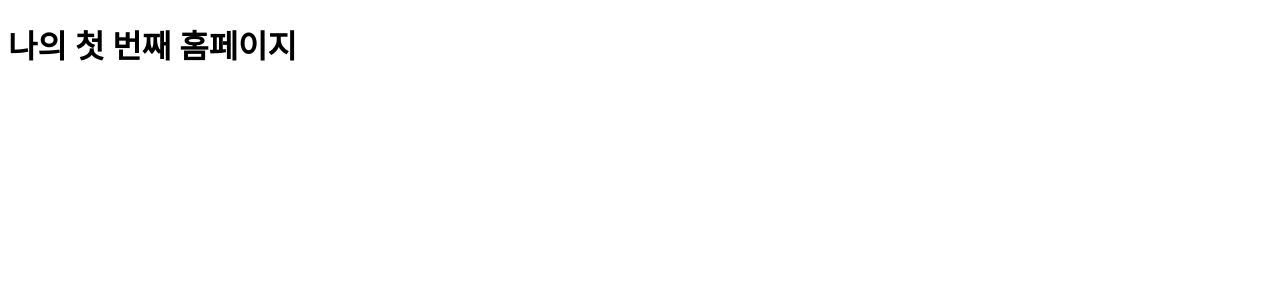
Repository: gouthiki90/web
Page: first1/src/main/webapp/index.html
The author's editor kept a copy of each file at every save. The page is drawn from the files as they stood at one save, then again after the next save.
The browser window is 1280 px wide. The pictures show the whole page.

Above is the page before, as saved 2022-02-22 03:24:16.

After the next save:
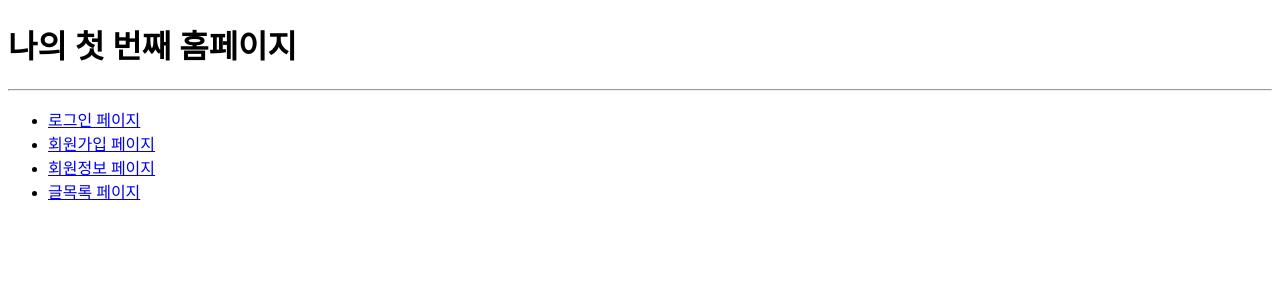
Saved 16 min 52 s later.
--- a/first1/src/main/webapp/index.html
+++ b/first1/src/main/webapp/index.html
@@ -5,6 +5,13 @@
 <title>Insert title here</title>
 </head>
 <body>
-<h1>나의 첫 번째 홈페이지</h1>
+	<h1>나의 첫 번째 홈페이지</h1>
+	<hr />
+	<ul>
+		<li><a href="http://localhost:8080/first/user/login.html">로그인 페이지</a></li>
+		<li><a href="user/join.html">회원가입 페이지</a></li>
+		<li><a href="user/userInfo.html">회원정보 페이지</a></li>
+		<li><a href="post/list.html">글목록 페이지</a></li>
+	</ul>
 </body>
 </html>
